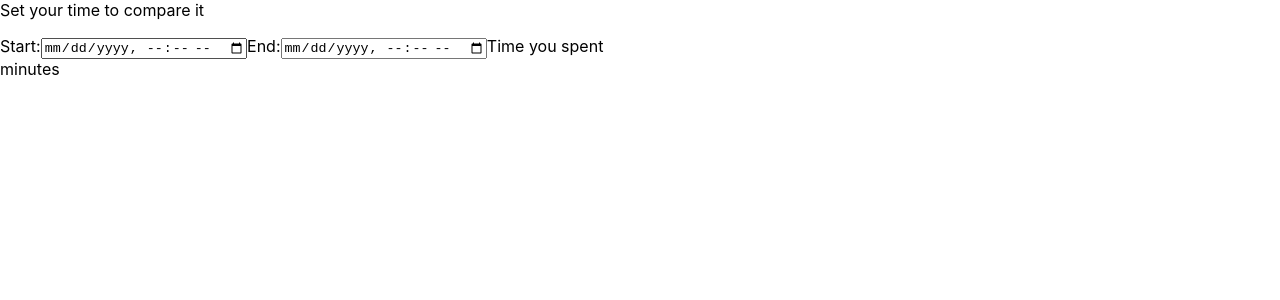
Repository: mireu-san/react-deadline-counter
Page: /
The author's editor kept a copy of each file at every save. The page is drawn from the files as they stood at one save, then again after the next save.
The browser window is 1280 px wide. The pictures show the whole page.
The project was rebuilt for these pictures with package versions that can differ from the ones it lists, and the page was loaded fresh each time.

Above is the page before, as saved 2022-12-15 12:03:21.

After the next save:
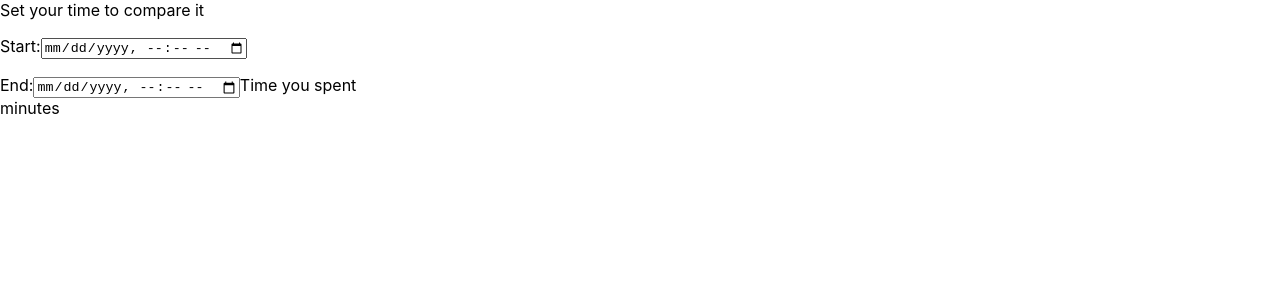
Saved 9 s later.
--- a/src/App.js
+++ b/src/App.js
@@ -35,6 +35,7 @@ export default function App() {
         type="datetime-local"
         name="duedate"
       />
+      <p />
       End:
       <input
         onChange={handleEndChange}
